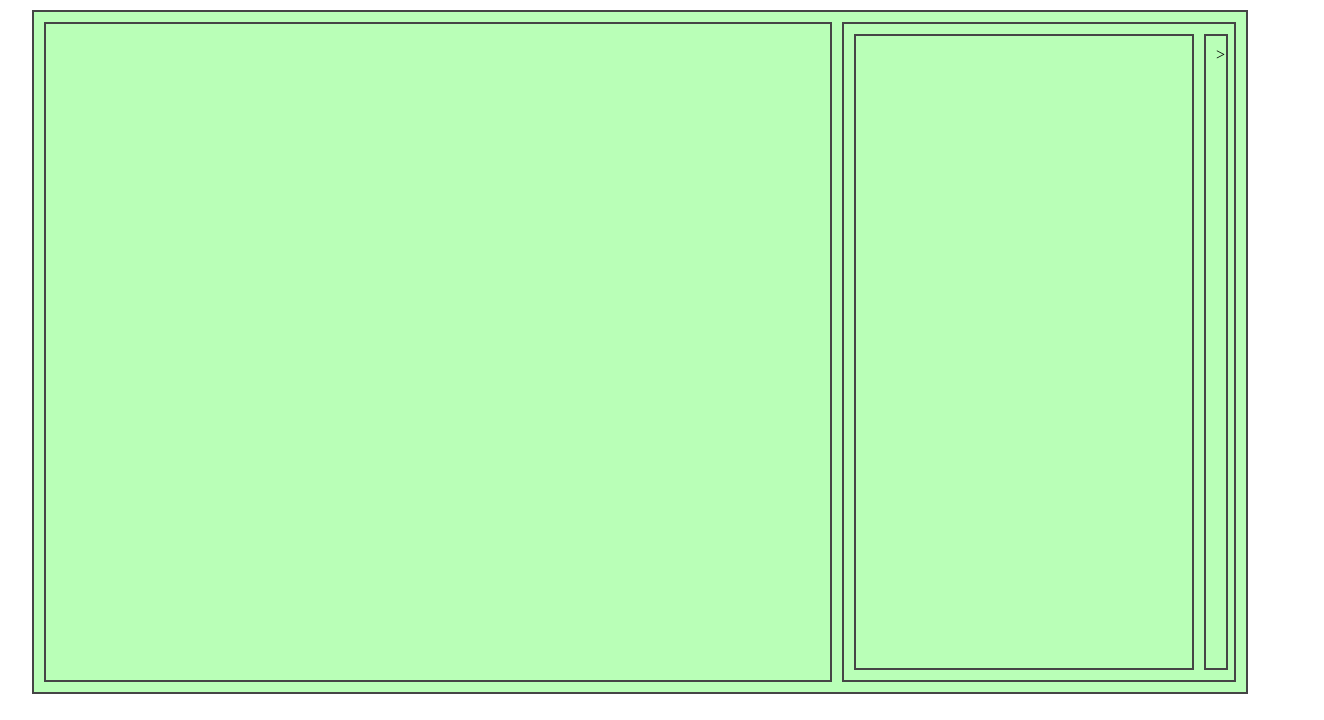
Repository: tannerbroberts/tannerbroberts.github.io
Page: /
These files come from the project's save history. The page is drawn as it stood at one moment and after a run of saves; the edit follows.
The browser window is 1280 px wide. The page is 1280 px wide, then 1324 px, then 1280 px, so the pictures cover 1324 px, including what lies to the right of the window. The pictures show the whole page.
The project was rebuilt for these pictures with package versions that can differ from the ones it lists, and the page was loaded fresh each time. Also part of the build but not shown: vite.config.ts.

Above is the page before, as saved 2022-10-04 09:56:26.

### src/index.js
import React from "react"
import ReactDOM from "react-dom/client"
import App from "./App"
import ATP_ContextProvider from "./providers/ATP_Context"

const root = ReactDOM.createRoot(document.getElementById("root"))
root.render(
	<React.StrictMode>
		<ATP_ContextProvider>
			<React.StrictMode>
				<App />
			</React.StrictMode>
		</ATP_ContextProvider>
	</React.StrictMode>
)

### src/App.js
import React from "react"
import { cssHelper } from "./api/cssHelper"
import Main from "./components/Main"
import Shelf from "./components/Shelf"

function App() {
	const AppCSS = {
		...cssHelper,
		height: "95vh",
		width: "95vw",
		marginTop: "10px",
		gridTemplate: "1fr / 2fr minmax(0px, 1fr)",
	}

	return (
		<div style={AppCSS}>
			<Main />
			<Shelf />
		</div>
	)
}

export default App

### src/providers/ATP_Context.js
/* eslint-disable react/prop-types */
import React, { useContext, useReducer, createContext } from "react"
import ATP_Reducer, { initialState } from "./ATP_Reducer"

export const ATP_StateContext = createContext()
export const ATP_DispatchContext = createContext()

export default function ATP_ContextProvider({ children }) {
	const [state, dispatch] = useReducer(ATP_Reducer, initialState)

	return (
		<ATP_StateContext.Provider value={state}>
			<ATP_DispatchContext.Provider value={dispatch}>
				{children}
			</ATP_DispatchContext.Provider>
		</ATP_StateContext.Provider>
	)
}

export const useATP_StateContext = () => useContext(ATP_StateContext)
export const useATP_DispatchContext = () =>
	useContext(ATP_DispatchContext)

### src/api/cssHelper.js
export const cssHelper = {
	boxSizing: "border-box",

	height: "100%",
	width: "100%",
	// border: "2px solid black",
	margin: "auto",
	padding: "10px",
	gap: "10px",
	display: "grid",
	// gridTemplateRows / gridTemplateColumns
	gridTemplate: "1fr / 1fr",
	backgroundColor: "rgb(185, 255, 183)",
	border: "2px solid rgb(69, 69, 69)",
}

export const mainColor = {
	backgroundColor: "blue",
}

### src/components/Shelf/index.js
export { default } from "./Shelf"

### src/providers/ATP_Reducer.js
export const initialState = {
	mainStack: [
		/* main frames */
		{ frameType: "", value: "" },
	],
	shelf: {
		/* directly corresponds to the main frame */
	},
	shelfOpen: true,
	library: [
		/* All items live here. Eventually, they're going to be returned from the server */
	],
	filters: [
		/* object list of matchers
		{complexVariableMatcher: criteria list}
		{nameContains: STRING},
		{containsVariable: VARIABLE_ID},
		{color: COLOR},
		{pattern: PATTERN},
		{owner: USER_ID},
		{createdBy: DATE},
		{length: TIME_LENGTH},
		{pattern: PATTERN},
		*/
	],
}

function loadFrame(state, action) {
	const stack = state.mainFrame
	stack.push(action.value)
	return { ...state, mainFrame: stack }
}

function closeFrame(state) {
	const stack = state.mainFrame
	stack.pop()
	return { ...state, mainFrame: stack }
}

function toggleShelf(state) {
	return { ...state, shelfOpen: !state?.shelfOpen }
}

const dispatchDictionary = {
	LOAD_FRAME: loadFrame,
	CLOSE_FRAME: closeFrame,
	TOGGLE_SHELF: toggleShelf,
}

export default function ATP_Reducer(state, action) {
	console.log('calling a reducer function now')
	if (action.type && dispatchDictionary[action.type])
		return dispatchDictionary[action.type](state, action)
}

### src/components/Main/Main.js
import React from "react"
import { cssHelper } from "../../api/cssHelper"

const MainCSS = {
	...cssHelper,
	width: "100%",
}

export default function Main() {
	return <div style={MainCSS} />
}

### src/components/Shelf/Shelf.js
/* eslint-disable react/prop-types */
import React from "react"
import { cssHelper } from "../../api/cssHelper"
import ShelfToggle from "./ShelfToggle"
import { useATP_StateContext } from "../../providers/ATP_Context"

const shelfContentCSS = (openStatus) => {
	const obj = { ...cssHelper }
	openStatus ? delete obj.display : (obj.display = "none")
	return obj
}

const shelfCSS = {
	...cssHelper,

	gridTemplate: "1fr / 4fr 20px",
}

export default function Shelf() {
	const { shelfOpen } = useATP_StateContext()

	return (
		<div style={shelfCSS}>
			<div style={shelfContentCSS(shelfOpen)}></div>{" "}
			{/** content area */}
			<ShelfToggle />
		</div>
	)
}

### src/components/Shelf/ShelfToggle/index.js
export { default } from './ShelfToggle'

### src/components/Shelf/ShelfToggle/ShelfToggle.js
/* eslint-disable react/prop-types */
import React from "react"
import { useATP_StateContext } from "../../../providers/ATP_Context"
import { useATP_DispatchContext } from "../../../providers/ATP_Context"
import { cssHelper } from '../../../api/cssHelper'

export default function ShelfToggle() {
	const state = useATP_StateContext()
	const dispatch = useATP_DispatchContext()

	const shelfToggleCSS = {...cssHelper}

	return (
		<div
			style={shelfToggleCSS}
			onClick={() => dispatch({ type: "TOGGLE_SHELF" })}
		>
			{state?.shelfOpen ? ">" : "<"}
		</div>
	)
}

Loaded but not shown: public/index.html (common file); src/components/Main/index.js (common file)

After the next 3 saves:
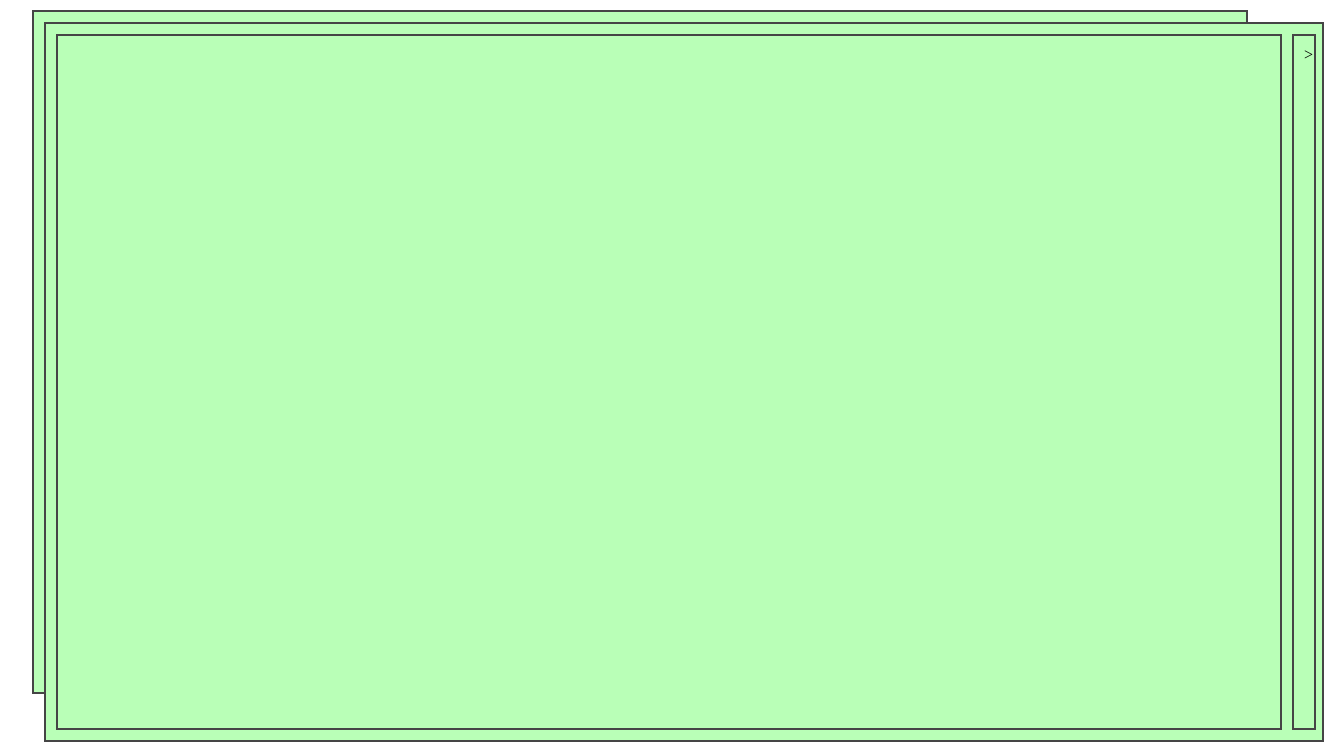
The 3 saves are shown as one change because they came seconds apart.
The last was saved 9 s later.
--- a/src/components/Shelf/Shelf.js
+++ b/src/components/Shelf/Shelf.js
@@ -12,7 +12,7 @@
 
 const shelfCSS = {
 	...cssHelper,
-
+	position: "absolute",
 	gridTemplate: "1fr / 4fr 20px",
 }
 

After the save that followed:
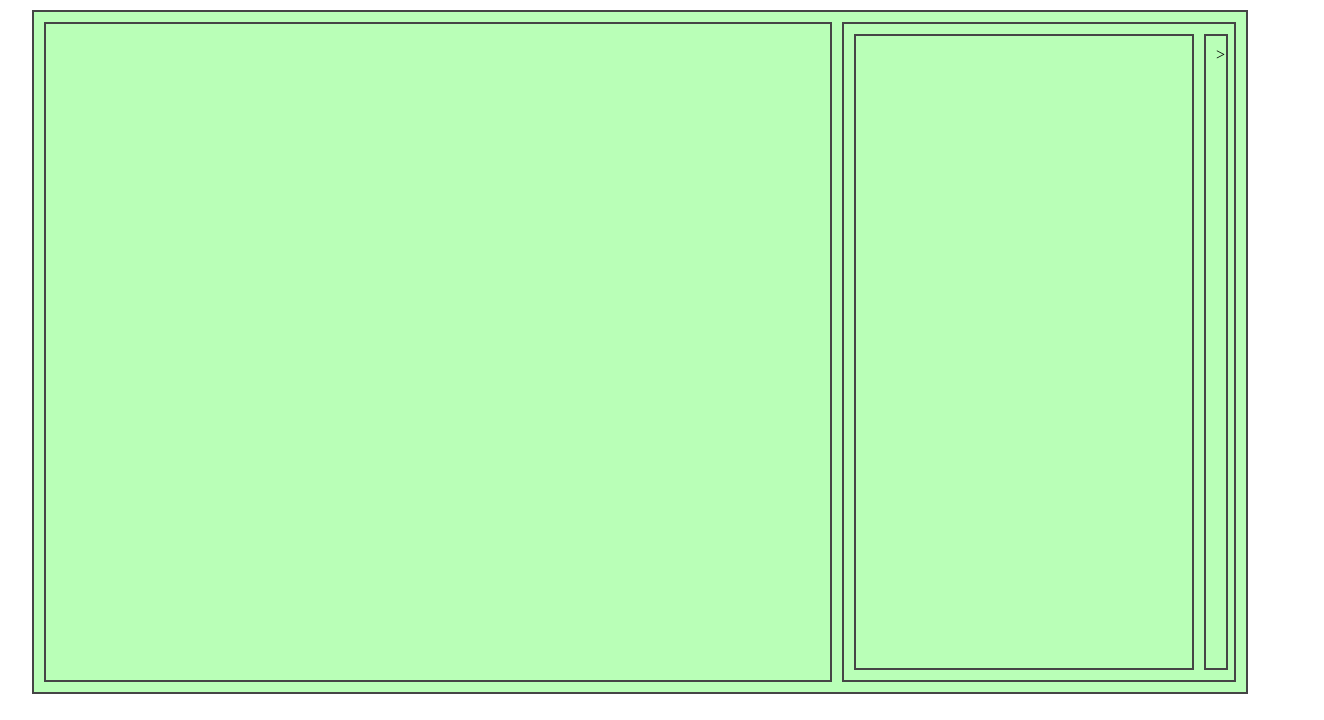
Saved 12 s later.
--- a/src/components/Shelf/Shelf.js
+++ b/src/components/Shelf/Shelf.js
@@ -12,7 +12,6 @@
 
 const shelfCSS = {
 	...cssHelper,
-	position: "absolute",
 	gridTemplate: "1fr / 4fr 20px",
 }
 
